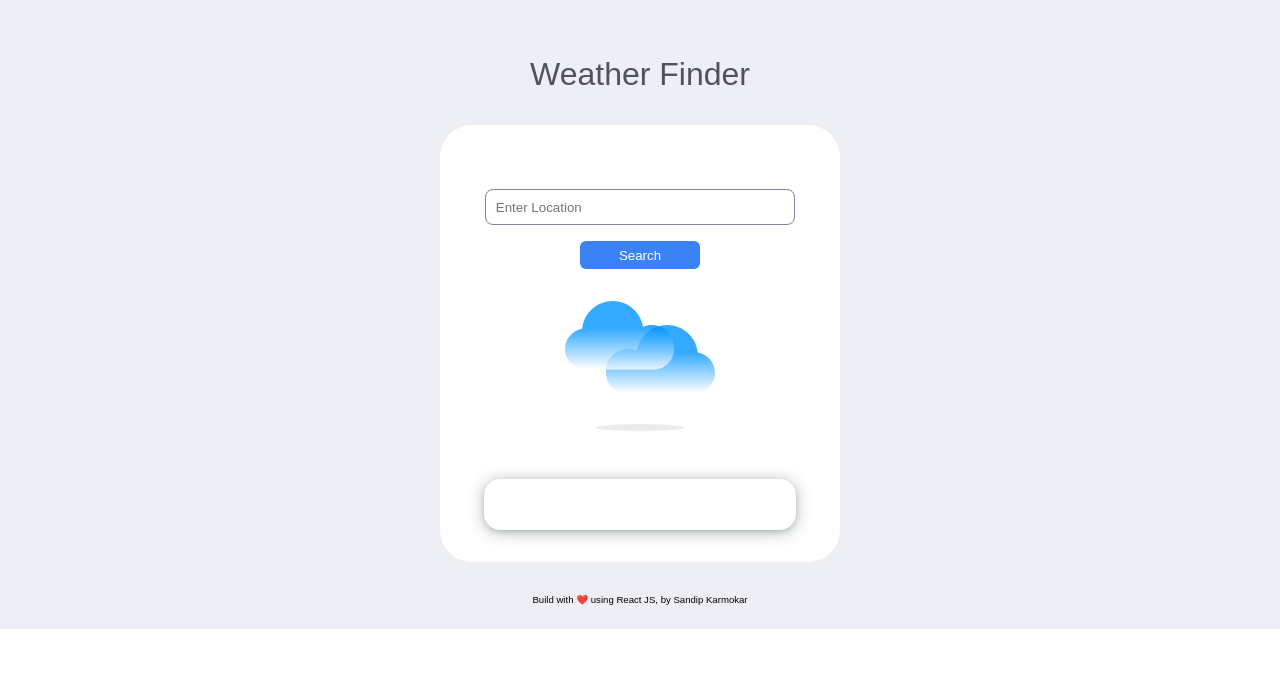
Repository: sandipkarmokar/weather-app
Page: /
An editor plug-in stored every save of this project. The page is shown before and after the next save, followed by the edit.
The browser window is 1280 px wide. The pictures show the whole page.
The project was rebuilt for these pictures with package versions that can differ from the ones it lists, and the page was loaded fresh each time.

Above is the page before, as saved 2022-04-29 18:51:55.

### src/App.js
import { useState } from 'react';
import './App.css';
import WeatherForm from './components/WeatherForm';
import WeatherInfoShow from './components/WeatherInfoShow';

function App() {
    const [city, setCity] = useState('');
    const [gotData, setGotData] = useState(false);
    const [weatherData, setWeatherData] = useState([]);
    const [isDay, setIsDay] = useState(false);

    const url = `https://api.openweathermap.org/data/2.5/weather?q=${city}&appid=390f3fd7515cacb5596ae4765de92a6d`;

    const fetchData = async (e) => {
        e.preventDefault();
        try {
            const response = await fetch(url);
            const data = await response.json();
            setWeatherData(data);
            setGotData(true);
            const isDay = weatherData?.weather[0].icon?.includes('d');
            setIsDay(isDay);
        } catch (error) {
            setGotData(false);
        }
    };

    return (
        <div className="app">
            <div className="heading">
                <p>Weather Finder</p>
            </div>
            <div className="app-container">
                <WeatherForm
                    city={city}
                    setCity={setCity}
                    fetchData={fetchData}
                ></WeatherForm>

                <WeatherInfoShow
                    gotData={gotData}
                    weatherData={weatherData}
                    isDay={isDay}
                ></WeatherInfoShow>
            </div>
            <footer>
                <p>Build with ❤️ using React JS, by Sandip Karmokar</p>
                <a href=""></a>
            </footer>
        </div>
    );
}

export default App;

### src/App.css
* {
    margin: 0;
    padding: 0;
    box-sizing: border-box;
    font-family: Arial, Helvetica, sans-serif;
}

.app {
    background-color: #eeeff4;
    height: 100vh;
}

.app .heading p {
    color: #52525b;
    padding-top: 2rem;
    font-size: 2rem;
    text-align: center;
}

.app .app-container {
    width: 90%;
    margin: 2rem auto;
    background: #ffffff;
    border-radius: 2rem;
    padding: 1rem 0;
}

.app .app-container .weather-form {
    width: 86%;
    margin: 0 auto;
    display: flex;
    flex-direction: column;
}

.app .app-container .weather-form input {
    padding: 0.6rem;
    margin: 1rem auto;
    border: 0.5px solid #8383a5;
    border-radius: 8px;
    width: 90%;
    margin-top: 3rem;
}
.app .app-container .weather-form button {
    width: 35%;
    margin: 0 auto;
    padding: 0.4rem;
    background-color: #3b82f6;
    color: #ffffff;
    border: none;
    border-radius: 6px;
    cursor: pointer;
}
.app .app-container .weather-form img {
    width: 150px;

    margin: 2rem auto;
}

.app .app-container .weather-info-show {
    background-color: #ffffff;
    width: 78%;
    box-shadow: rgba(14, 30, 37, 0.12) 0px 2px 4px 0px,
        rgba(14, 30, 37, 0.32) 0px 2px 16px 0px;
    margin: 1rem auto;
    border-radius: 1rem;
    padding: 1.6rem;
}
.app .app-container .weather-info-show .main-info {
    display: flex;
    justify-content: space-between;
}

.app .app-container .weather-info-show .main-info img {
    width: 50px;
    height: 50px;
}
.app .app-container .weather-info-show .main-info .info .location {
    font-size: 1.4rem;
    color: #52525b;
}
.app .app-container .weather-info-show .main-info .info .data {
    font-size: 0.9rem;
    color: #71717a;
}
.app .app-container .weather-info-show .main-info .info .data .large {
    font-size: 1.4rem;
    color: #52525b;
}

.app .app-container .weather-info-show hr {
    width: 50%;
    margin: 1.6rem auto;
}

.app .app-container .weather-info-show .other-info {
    display: flex;
    flex-direction: column;
}
.app .app-container .weather-info-show .other-info p {
    color: #3f3f46;
}

.app .app-container .weather-info-show .other-info .other-info-data {
    display: grid;

    grid-template-columns: 1fr 1fr;
    grid-template-rows: 1fr 1fr;
    gap: 1rem;
    margin-top: 1rem;
}

.app .app-container .weather-info-show .other-info .other-info-data .item {
    display: flex;
}

.app .app-container .weather-info-show .other-info .other-info-data .item img {
    height: 32px;
    width: 32px;
    margin: 0 0.6rem;
}

.app
    .app-container
    .weather-info-show
    .other-info
    .other-info-data
    .item
    .sub-info {
    display: flex;
    flex-direction: column;
}

.app
    .app-container
    .weather-info-show
    .other-info
    .other-info-data
    .item
    .sub-info
    .data {
    color: #3f3f46;
}
.app
    .app-container
    .weather-info-show
    .other-info
    .other-info-data
    .item
    .sub-info
    .sub-info-title {
    color: #3f3f46;
    font-size: 0.8rem;
}

.app footer p {
    text-align: center;
    font-size: 0.6rem;
}

@media only screen and (min-width: 500px) {
    .app {
        background-color: #eeeff4;
        height: 100%;
        padding: 1.5rem;
    }

    .app .app-container {
        width: 400px;
        margin: 2rem auto;
        background: #ffffff;
        border-radius: 2rem;
        padding: 1rem 0;
    }

    .app footer p {
        text-align: center;
        margin: 0 auto;
        width: 450px;
        font-size: 0.6rem;
        background: #eeeff4;
    }
}
@media only screen and (min-width: 1300px) {
    .app {
        background-color: #eeeff4;
        height: 100vh;
        padding: 1.5rem;
    }

    .app .app-container {
        width: 450px;
        margin: 2rem auto;
        background: #ffffff;
        border-radius: 2rem;
        padding: 1rem 0;
    }

    .app footer p {
        text-align: center;
        margin: 0 auto;
        width: 450px;
        font-size: 0.6rem;
        background: #eeeff4;
    }
}

### src/components/WeatherForm.js
import React from 'react';
import mainImage from '../icons/perfect-day.svg';

const WeatherForm = ({ city, setCity, fetchData }) => {
    return (
        <div className="weather-form">
            <input
                type="text"
                placeholder="Enter Location"
                value={city}
                onChange={(e) => setCity(e.target.value)}
            />
            <button onClick={fetchData}>Search</button>
            <img src={mainImage} alt="" />
        </div>
    );
};

export default WeatherForm;

### src/components/WeatherInfoShow.js
import React from 'react';
// import { WeatherIcons } from '../App';

import sunset from '../icons/temp.svg';
import sunrise from '../icons/temp.svg';
import humidity from '../icons/humidity.svg';
import wind from '../icons/wind.svg';
import pressure from '../icons/pressure.svg';

const WeatherIcons = {
    '01d': '../icons/sunny.svg',
    '01n': '../icons/night.svg',
    '02d': '../icons/day.svg',
    '02n': '../icons/cloudy-night.svg',
    '03d': '../icons/cloudy.svg',
    '03n': '../icons/cloudy.svg',
    '04d': '../icons/perfect-day.svg',
    '04n': '../icons/cloudy-night.svg',
    '09d': '../icons/rain.svg',
    '09n': '../icons/rain-night.svg',
    '10d': '../icons/rain.svg',
    '10n': '../icons/rain-night.svg',
    '11d': '../icons/storm.svg',
    '11n': '../icons/storm.svg',
};

console.log(WeatherIcons['01d'], pressure, wind);

const WeatherInfoShow = ({ weatherData, gotData, isDay }) => {
    const getTime = (timeStamp) => {
        return `${new Date(timeStamp * 1000).getHours()}:${new Date(
            timeStamp * 1000
        ).getMinutes()}`;
    };

    return (
        <div className="weather-info-show">
            {gotData ? (
                <>
                    <div className="main-info">
                        <div className="info">
                            <div className="location">
                                {weatherData?.name} {weatherData?.sys.country}
                            </div>
                            <div className="data">
                                <span className="large">{`${Math.floor(
                                    weatherData?.main?.temp - 273
                                )}°C`}</span>{' '}
                                | {weatherData?.weather[0].description}
                            </div>
                        </div>
                        <img
                            src={WeatherIcons[weatherData?.weather[0].icon]}
                            alt="no icons"
                        />
                    </div>
                    <hr className="line" />
                    <div className="other-info">
                        <p>Other Info</p>
                        <div className="other-info-data">
                            <div className="item">
                                <img src={isDay ? sunset : sunrise} alt="" />
                                <div className="sub-info">
                                    <p className="data">{`${getTime(
                                        weatherData?.sys[
                                            isDay ? 'sunset' : 'sunrise'
                                        ]
                                    )}`}</p>
                                    <p className="sub-info-title">
                                        {isDay ? 'sunset' : 'sunrise'}
                                    </p>
                                </div>
                            </div>
                            <div className="item">
                                <img src={humidity} alt="" />
                                <div className="sub-info">
                                    <p className="data">
                                        {weatherData?.main.humidity}
                                    </p>
                                    <p className="sub-info-title">humidity</p>
                                </div>
                            </div>
                            <div className="item">
                                <img src={wind} alt="" />
                                <div className="sub-info">
                                    <p className="data">
                                        {weatherData?.wind?.speed}
                                    </p>
                                    <p className="sub-info-title">wind</p>
                                </div>
                            </div>
                            <div className="item">
                                <img src={pressure} alt="" />
                                <div className="sub-info">
                                    <p className="data">
                                        {weatherData?.main.pressure}
                                    </p>
                                    <p className="sub-info-title">pressure</p>
                                </div>
                            </div>
                        </div>
                    </div>
                </>
            ) : (
                ''
            )}
        </div>
    );
};

export default WeatherInfoShow;

Loaded but not shown: public/index.html (common file); src/index.js (common file); src/index.css (common file); src/reportWebVitals.js (common file)

After the next save:
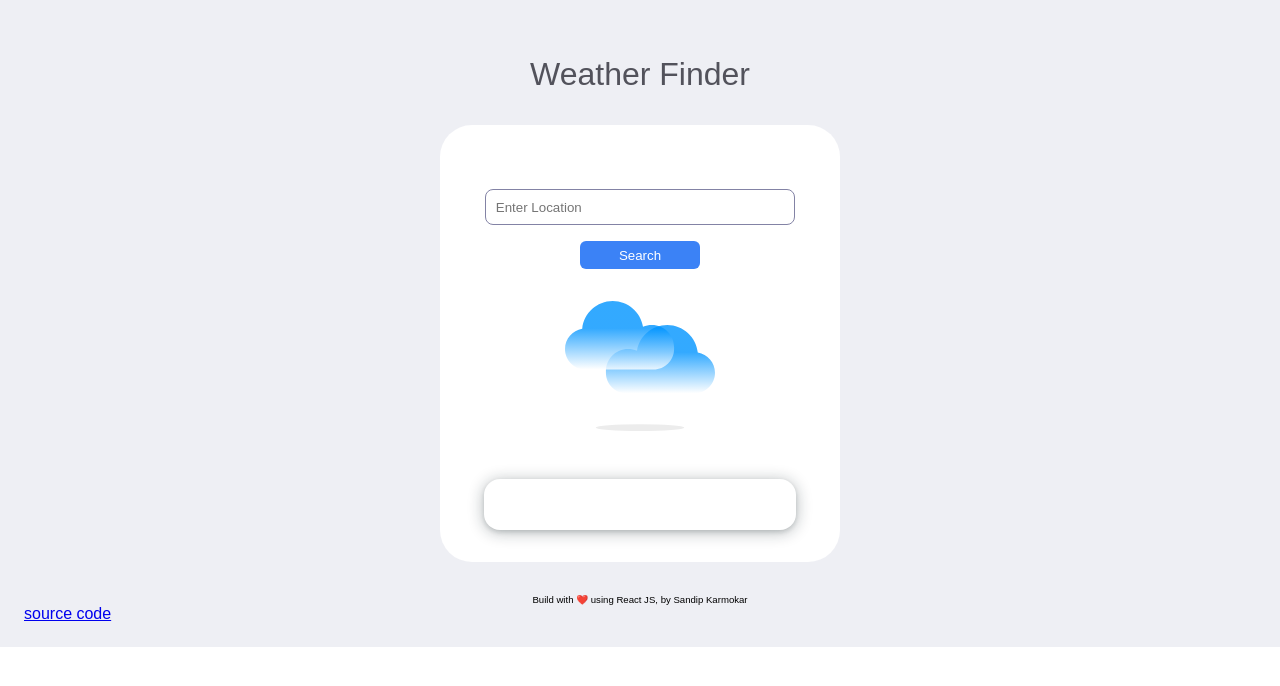
Saved 32 s later.
--- a/src/App.js
+++ b/src/App.js
@@ -45,7 +45,9 @@ function App() {
             </div>
             <footer>
                 <p>Build with ❤️ using React JS, by Sandip Karmokar</p>
-                <a href=""></a>
+                <a href="https://github.com/sandipkarmokar/weather-app">
+                    source code
+                </a>
             </footer>
         </div>
     );
